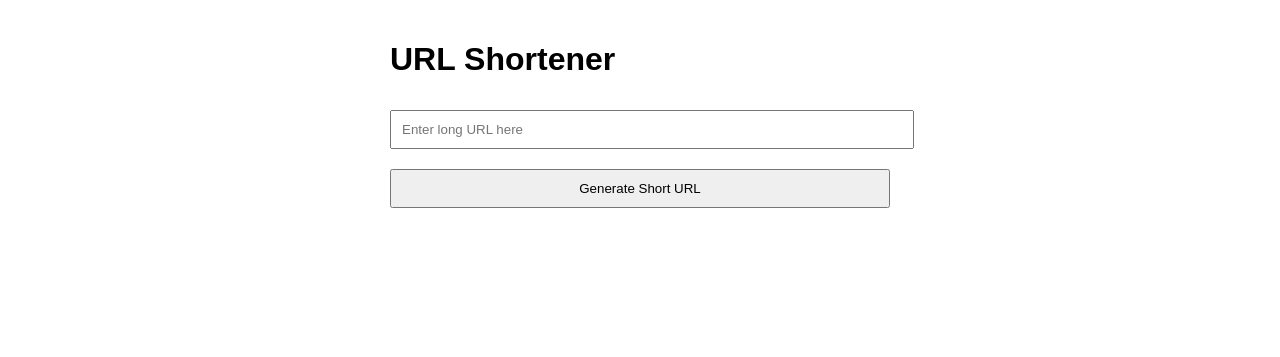
Repository: Anarchyve/race-picker
Page: index.html
An editor plug-in stored every save of this project. The page is shown before and after the next save, followed by the edit.
The browser window is 1280 px wide. The pictures show the whole page.

Above is the page before, as saved 2024-11-17 19:10:33.

### index.html
<!DOCTYPE html>
<html lang="en">
<head>
    <meta charset="UTF-8">
    <meta name="viewport" content="width=device-width, initial-scale=1.0">
    <title>Simple URL Shortener</title>
    <style>
        body { font-family: Arial, sans-serif; max-width: 500px; margin: auto; padding: 20px; }
        input, button { padding: 10px; margin: 10px 0; width: 100%; }
        #short-url { color: blue; text-decoration: underline; cursor: pointer; }
    </style>
</head>
<body>
    <h1>URL Shortener</h1>
    <input id="long-url" type="text" placeholder="Enter long URL here">
    <button onclick="generateShortURL()">Generate Short URL</button>
    <p id="short-url"></p>

    <script>
        function generateShortURL() {
            const longUrl = document.getElementById('long-url').value;
            if (!longUrl) {
                alert("Please enter a valid URL");
                return;
            }

            // Simple hash-based shortener (for demo purposes)
            const shortCode = btoa(longUrl).slice(0, 8); // Base64 encode and take the first 8 characters
            const shortUrl = `${window.location.origin}/#${shortCode}`;

            const shortUrlElement = document.getElementById('short-url');
            shortUrlElement.textContent = shortUrl;
            shortUrlElement.onclick = () => navigator.clipboard.writeText(shortUrl);
            alert("Short URL copied to clipboard!");
        }
    </script>
</body>
</html>

After the next save:
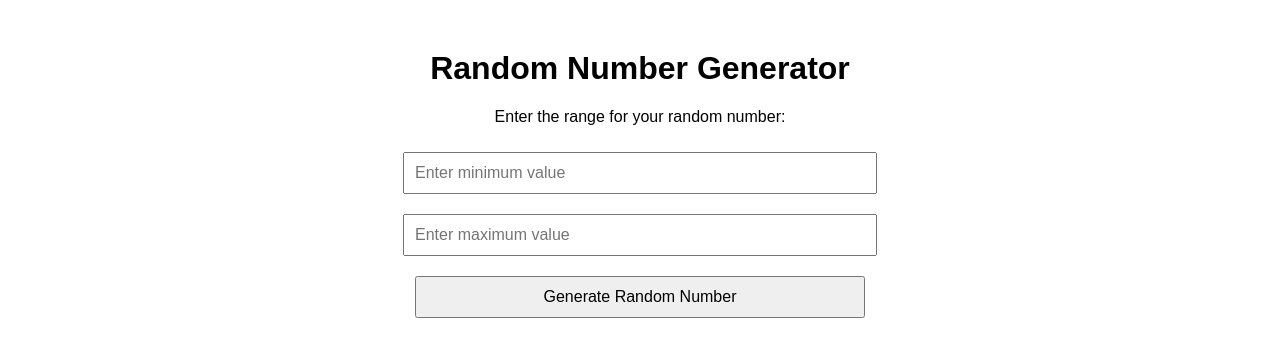
Saved 2 min 34 s later.
--- a/index.html
+++ b/index.html
@@ -3,35 +3,52 @@
 <head>
     <meta charset="UTF-8">
     <meta name="viewport" content="width=device-width, initial-scale=1.0">
-    <title>Simple URL Shortener</title>
+    <title>Random Number Generator</title>
     <style>
-        body { font-family: Arial, sans-serif; max-width: 500px; margin: auto; padding: 20px; }
-        input, button { padding: 10px; margin: 10px 0; width: 100%; }
-        #short-url { color: blue; text-decoration: underline; cursor: pointer; }
+        body {
+            font-family: Arial, sans-serif;
+            text-align: center;
+            margin: 50px auto;
+            max-width: 500px;
+        }
+        input, button {
+            padding: 10px;
+            margin: 10px;
+            width: 90%;
+            font-size: 16px;
+        }
+        #result {
+            font-size: 24px;
+            margin-top: 20px;
+            font-weight: bold;
+        }
     </style>
 </head>
 <body>
-    <h1>URL Shortener</h1>
-    <input id="long-url" type="text" placeholder="Enter long URL here">
-    <button onclick="generateShortURL()">Generate Short URL</button>
-    <p id="short-url"></p>
+    <h1>Random Number Generator</h1>
+    <p>Enter the range for your random number:</p>
+    <input id="min-value" type="number" placeholder="Enter minimum value" />
+    <input id="max-value" type="number" placeholder="Enter maximum value" />
+    <button onclick="generateRandomNumber()">Generate Random Number</button>
+    <div id="result"></div>
 
     <script>
-        function generateShortURL() {
-            const longUrl = document.getElementById('long-url').value;
-            if (!longUrl) {
-                alert("Please enter a valid URL");
+        function generateRandomNumber() {
+            const minValue = parseInt(document.getElementById('min-value').value, 10);
+            const maxValue = parseInt(document.getElementById('max-value').value, 10);
+
+            if (isNaN(minValue) || isNaN(maxValue)) {
+                document.getElementById('result').textContent = 'Please enter valid numbers.';
                 return;
             }
 
-            // Simple hash-based shortener (for demo purposes)
-            const shortCode = btoa(longUrl).slice(0, 8); // Base64 encode and take the first 8 characters
-            const shortUrl = `${window.location.origin}/#${shortCode}`;
+            if (minValue > maxValue) {
+                document.getElementById('result').textContent = 'Minimum value cannot be greater than maximum value.';
+                return;
+            }
 
-            const shortUrlElement = document.getElementById('short-url');
-            shortUrlElement.textContent = shortUrl;
-            shortUrlElement.onclick = () => navigator.clipboard.writeText(shortUrl);
-            alert("Short URL copied to clipboard!");
+            const randomNumber = Math.floor(Math.random() * (maxValue - minValue + 1)) + minValue;
+            document.getElementById('result').textContent = `Random Number: ${randomNumber}`;
         }
     </script>
 </body>
